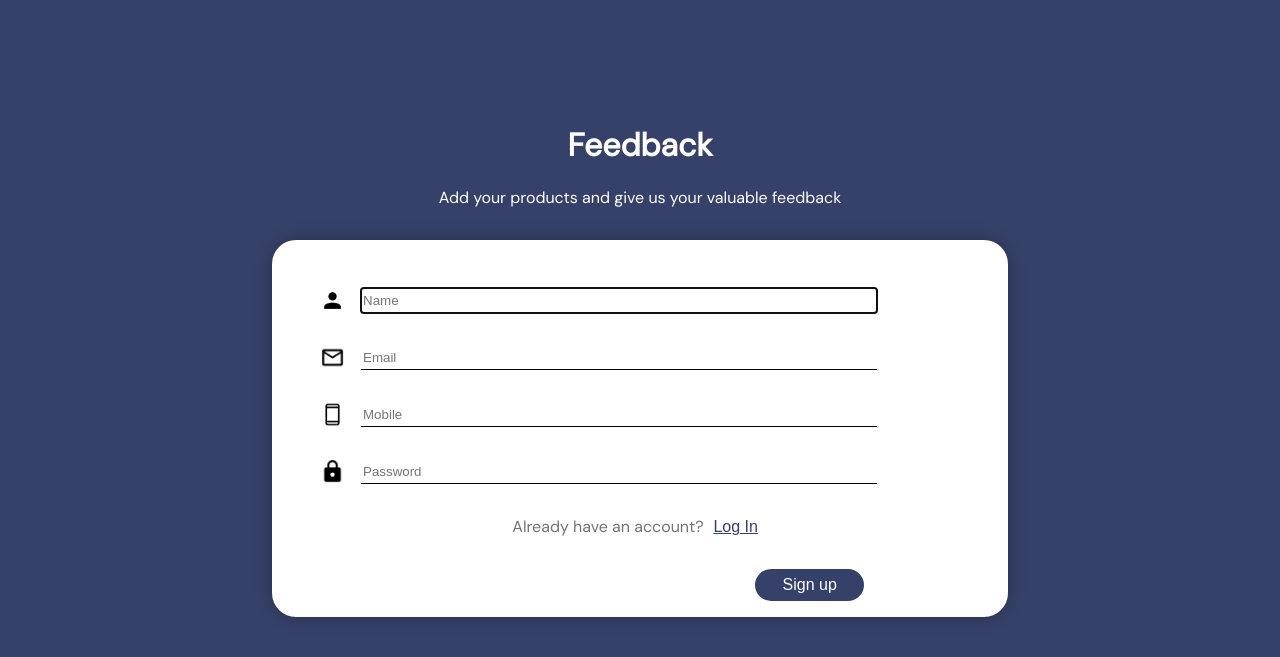
Repository: drumsmanku/final-evaluation-test
Page: /signup (app in client/)
The author's editor kept a copy of each file at every save. The page is drawn from the files as they stood at one save, then again after the next save.
The browser window is 1280 px wide. The pictures show the whole page.
The first visible `.signup-container input` has the focus.
The project was rebuilt for these pictures with package versions that can differ from the ones it lists, and the page was loaded fresh each time. Also part of the build but not shown: client/src/Components/MainPage.js, client/src/Components/Login.js.

Above is the page before, as saved 2023-07-29 19:06:10.

After the next save:
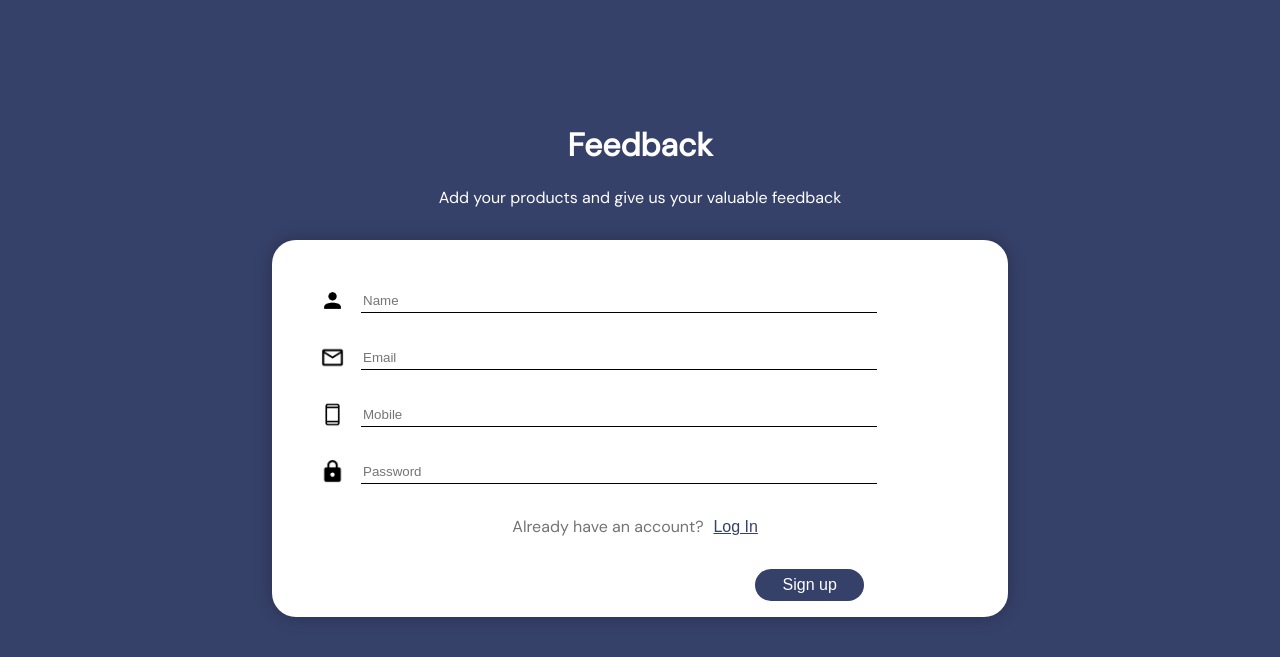
Saved 22 s later.
--- a/client/src/CSS/SignUp.css
+++ b/client/src/CSS/SignUp.css
@@ -30,6 +30,9 @@
   border-left: none;
   border-right: none;
 }
+.signup-container input:focus{
+  outline: none;
+}
 .signup-button{
   padding-left: 1.7rem;
   padding-right: 1.7rem;
